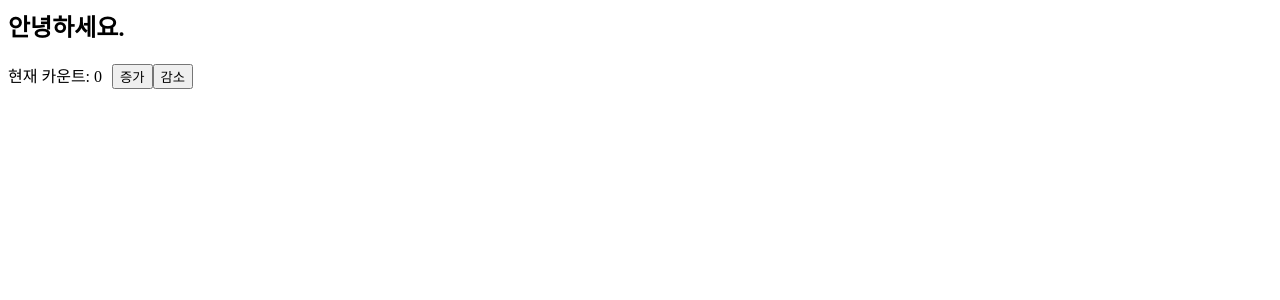
Repository: siyul-jh/React_Study
Page: babel/simple1.html
An editor plug-in stored every save of this project. The page is shown before and after the next save, followed by the edit.
The browser window is 1280 px wide. The pictures show the whole page.

Above is the page before, as saved 2020-10-05 16:40:33.

After the next save:
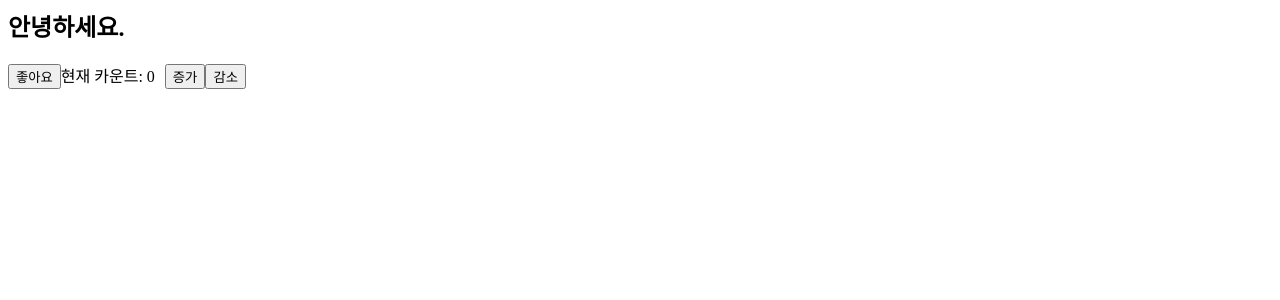
Saved 112 s later.
--- a/babel/simple1.js
+++ b/babel/simple1.js
@@ -13,6 +13,7 @@ function Container() {
     return React.createElement(
         'div',
         { style : {marginTop: 20}},
+        React.createElement(LikeButton),
         React.createElement('span',null,'현재 카운트: '),
         React.createElement('span',{style:{marginRight: 10}}, count),
         React.createElement('button', {onClick:() => setCount(count+1)}, '증가'),
